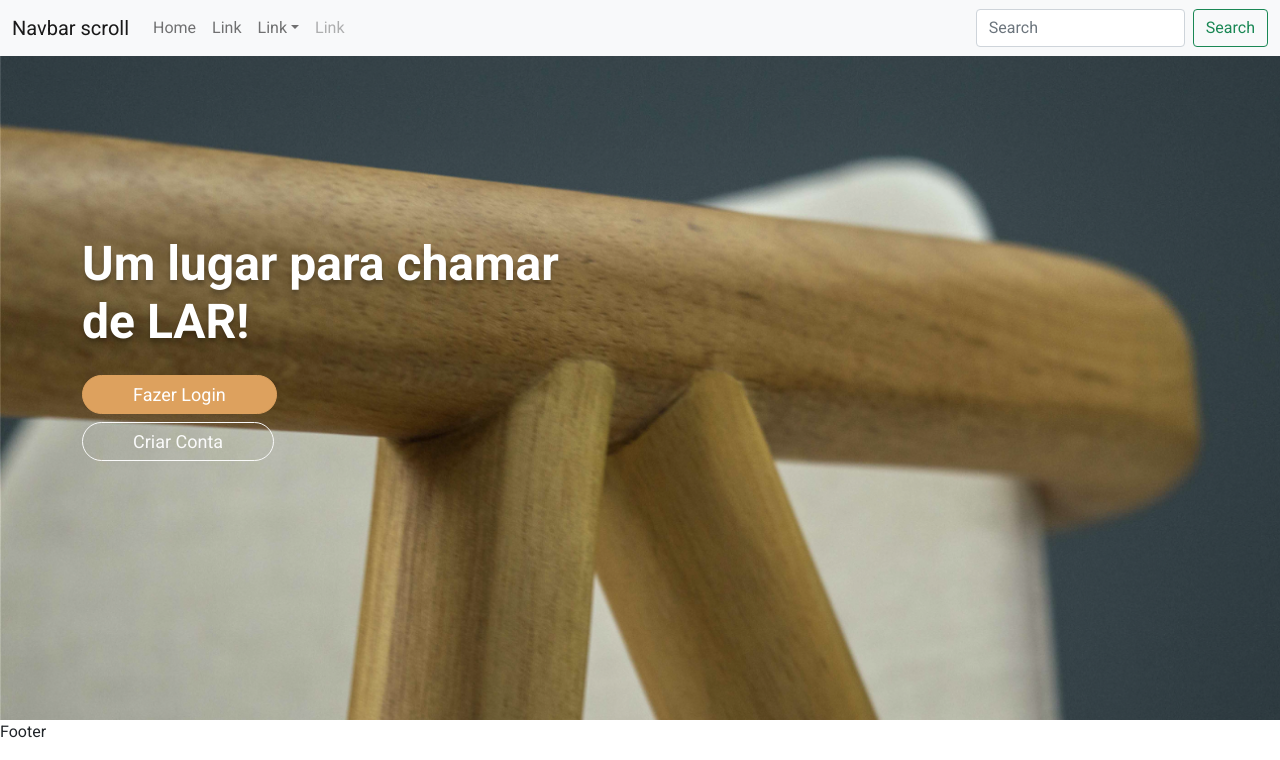
Repository: telesbp/Projeto-4-e-Projeto-5
Page: / (app in front-end/)
The author's editor kept a copy of each file at every save. The page is drawn from the files as they stood at one save, then again after the next save.
The browser window is 1280 px wide. The pictures show the whole page.
The project was rebuilt for these pictures with package versions that can differ from the ones it lists, and the page was loaded fresh each time.

Above is the page before, as saved 2022-07-17 16:57:13.

After the next save:
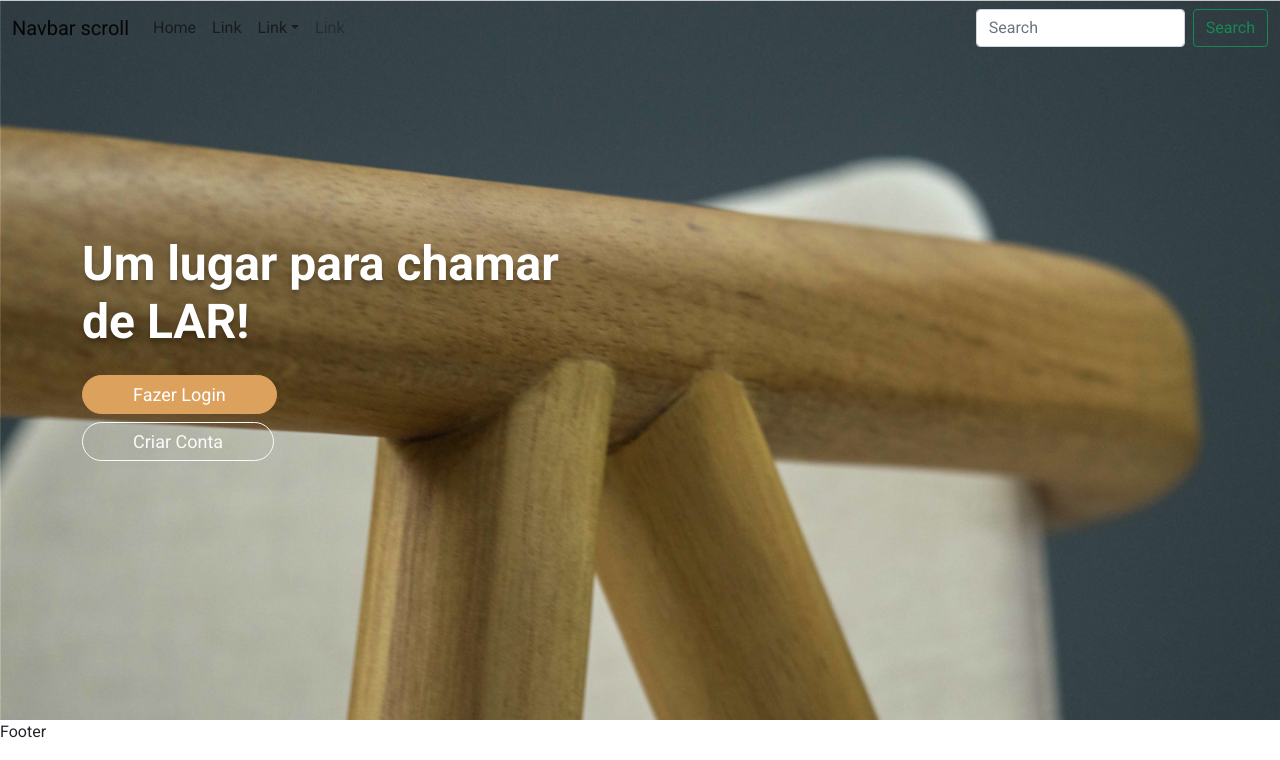
Saved 13 s later.
--- a/front-end/src/components/Layout/Header.tsx
+++ b/front-end/src/components/Layout/Header.tsx
@@ -2,7 +2,7 @@ import { Button, Container, Form, Nav, Navbar, NavDropdown } from "react-bootstr
 
 export function Header() {
     return(
-        <Navbar fixed="top" bg="light" expand="lg">
+        <Navbar fixed="top" expand="lg">
         <Container fluid>
           <Navbar.Brand href="#">Navbar scroll</Navbar.Brand>
           <Navbar.Toggle aria-controls="navbarScroll" />
